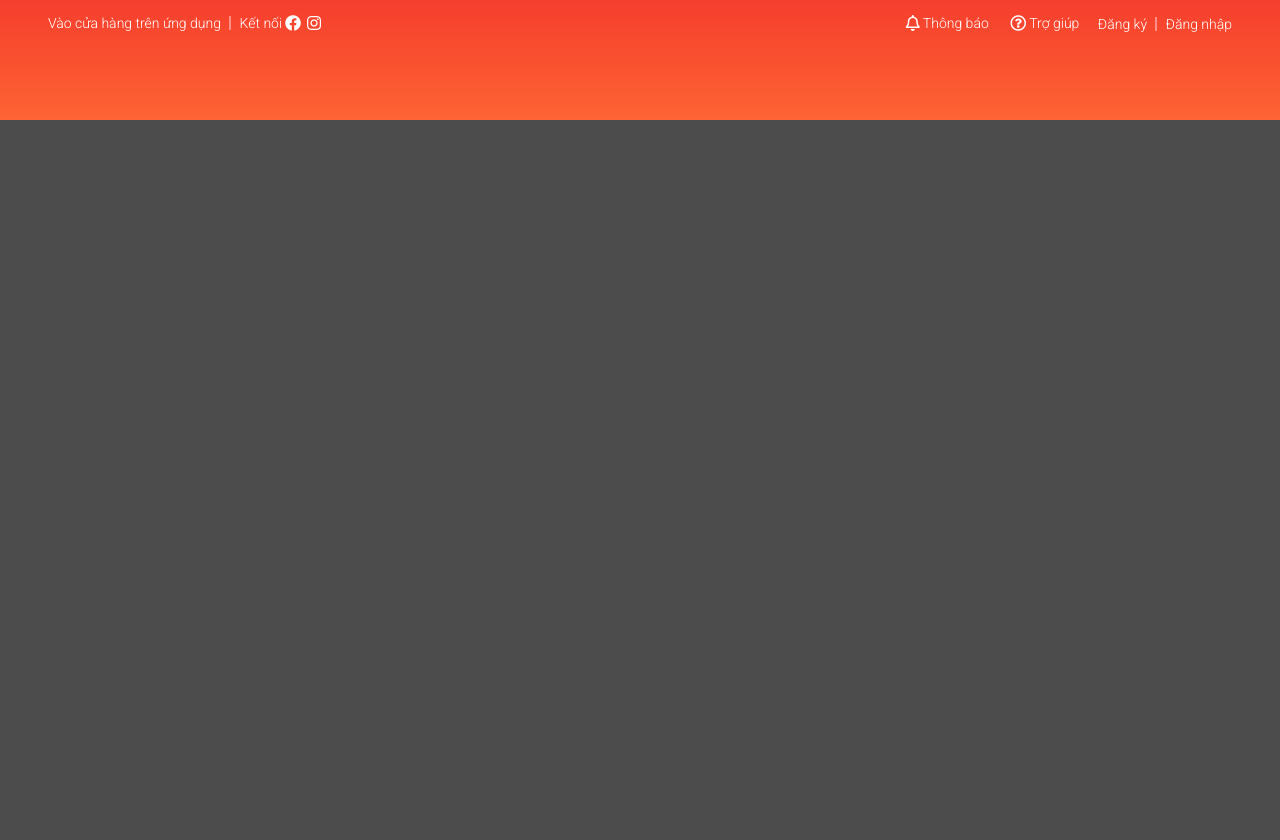
Repository: kebinh1235/Shopee-Demo
Page: index.html
An editor plug-in stored every save of this project. The page is shown before and after a run of saves, followed by the edit.
The browser window is 1280 px wide. The pictures show the whole page.

Above is the page before, as saved 2021-10-01 21:37:12.

### index.html
<!DOCTYPE html>
<html lang="en">
<head>
  <meta charset="UTF-8">
  <meta http-equiv="X-UA-Compatible" content="IE=edge">
  <meta name="viewport" content="width=device-width, initial-scale=1.0">
  <title>F8 Shop</title>
  <link rel="stylesheet" href="./asset/css/main.css">
  <link rel="stylesheet" href="./asset/css/base.css">
  <link rel="stylesheet" href="https://cdnjs.cloudflare.com/ajax/libs/font-awesome/5.15.4/css/all.min.css">
</head>
<body>
  <div class="app">
    <header class="header">
      <div class="grid">
        <nav class="header__navbar">
          <ul class="header__navbar-list">
            <li class="header__navbar-item header__item-separator">
              Vào cửa hàng trên ứng dụng
              <div class="header__navbar-QRCode">
                  <div class="header__navbar-QRCode-img">
                    <img src="https://upload.wikimedia.org/wikipedia/commons/thumb/d/d0/QR_code_for_mobile_English_Wikipedia.svg/1200px-QR_code_for_mobile_English_Wikipedia.svg.png" alt="">
                  </div>
                  <div class="header__navbar-QRCode-social">
                    <a class="header__navbar-QRCode-link" href="#">
                      <i class="fab fa-google header__navbar-QRCode-icon-google"></i>
                      <span class="header__navbar-QRCode-title-google">Google</span>
                    </a>
                    <a class="header__navbar-QRCode-link" href="#">
                      <i class="fab fa-facebook header__navbar-QRCode-icon-facebook"></i>
                      <span class="header__navbar-QRCode-title-facebook">Facebook</span>
                    </a>
                  </div>
              </div>
            </li>
            <li class="header__navbar-item">
              <span class="user__select-none">Kết nối</span>
              <a class="header__navbar-link-icon" href="#">
                <i class="fab fa-facebook header__navbar-icon"></i>
              </a>
              <a class="header__navbar-link-icon" href="#">
                <i class="fab fa-instagram header__navbar-icon"></i>
              </a>
            </li>
          </ul>
          <ul class="header__navbar-list">
            <li class="header__navbar-item">
              <a href="#" class="header__navbar-link">
                <i class="far fa-bell header__navbar-icon"></i>
                Thông báo
              </a>
              <div class="header__navbar-notification">
                  <div class="header__navbar-noti-heading">
                    <h3>Thông báo nhận hàng</h3>
                  </div>
                  <ul class="header__navbar-noti-list">
                    <li class="header__navbar-noti-list-item header__navbar-noti-list-viewd">
                        <a class="header__navbar-noti-list-link" href="#">
                          <img src="https://www.oberlo.com/media/1603958036-new-products.jpg" alt="">
                          <div class="header_navbar-noti-content">
                            <span class="header_navbar-noti-name">Xác thực chính hãng nguồn gốc các sản phẩm Ohui</span>
                            <span class="header_navbar-noti-description">Xác thực chính hãng nguồn gốc các sản phẩm Ohui</span>
                          </div>
                        </a>
                     </li>
                     <li class="header__navbar-noti-list-item header__navbar-noti-list-viewd">
                      <a class="header__navbar-noti-list-link" href="#">
                        <img src="https://www.oberlo.com/media/1603958036-new-products.jpg" alt="">
                        <div class="header_navbar-noti-content">
                          <span class="header_navbar-noti-name">Xác thực chính hãng nguồn gốc các sản phẩm Ohui</span>
                          <span class="header_navbar-noti-description">Xác thực chính hãng nguồn gốc các sản phẩm Ohui</span>
                        </div>
                      </a>
                   </li>
                   <li class="header__navbar-noti-list-item">
                    <a class="header__navbar-noti-list-link" href="#">
                      <img src="https://www.oberlo.com/media/1603958036-new-products.jpg" alt="">
                      <div class="header_navbar-noti-content">
                        <span class="header_navbar-noti-name">Xác thực chính hãng nguồn gốc các sản phẩm Ohui</span>
                        <span class="header_navbar-noti-description">Xác thực chính hãng nguồn gốc các sản phẩm Ohui</span>
                      </div>
                    </a>
                 </li>
                  </ul>
                  <div class="header__navbar-noti-footer">
                      <a class="header__navbar-noti-footer-link" href="#">Xem tất cả</a>
                  </div>
              </div>
            </li>
            <li class="header__navbar-item">
              <a href="#" class="header__navbar-link">
                <i class="far fa-question-circle header__navbar-icon"></i>
                Trợ giúp
              </a>
            </li>
            <li class="header__navbar-item">
              <a href="#" class="header__navbar-link header__item-bold header__item-separator">Đăng ký</a>
            </li>
            <li class="header__navbar-item">
              <a href="#" class="header__navbar-link header__item-bold">Đăng nhập</a>
            </li>
          </ul>
        </nav>
      </div>
    </header>

    <div class="container">

    </div>

    <div class="footer">

    </div>
    <!--Modal-->
    <div class="modal">
      <div class="modal__overlay"></div>
      <div class="modal__body">
        <div class="modal__inner">
          <div class="auth__form">
            <div class="auth__form-heading">

            </div>
            <div class="auth__form-form">
              <div class="auth__form-group">

              </div>
            </div>
            <div class="auth__form-note">

            </div>
            <div class="auth__form-controls">

            </div>
            <div class="auth__form-social">

            </div>
          </div>
        </div>
      </div>
    </div>
  </div>
</body>
</html>

### asset/css/main.css
.header {
  height: 120px;
  background: linear-gradient(0, #fe6433, #f53e2d)
}
.header__navbar {
  display: flex;
  justify-content: space-between;
  padding: 10px 0;
}
.header__navbar-QRCode{
  background: white;
  height: 200px;
  position: absolute;
  top: 30px;
  padding: 10px;
  display: none;
  animation: fadeIn ease-out .8s;
}
.header__navbar-item:hover .header__navbar-QRCode {
  display: block;
}
.header__navbar-item:hover .header__navbar-notification {
  display: block;
}
.header__navbar-QRCode-img{
  width: 160px;
}
.header__navbar-QRCode-img img {
  width: 100%;
}
.header__navbar-QRCode-social {
  display: flex;
  align-items: center;
  justify-content: space-between;
}
.header__navbar-QRCode-social:before {
  content: '';
  position: absolute;
  top: -8px;
  left: 0;
  width: 100%;
  height: 10px;
  background: transparent;
}
.header__navbar-QRCode-link {
  font-size: 1.4rem;
  color: var(--text-color);
}
.header__navbar-QRCode-title-google:hover {
  color: #ff1100;
  transition: var(--transition-primary);
}
.header__navbar-QRCode-title-facebook:hover {
  color: blue;
  transition: var(--transition-primary);
}
.header__navbar-QRCode-icon-google {
  color: #ff1100;
}
.header__navbar-QRCode-icon-facebook {
  color: blue;
}
.header__navbar-list {
  list-style: none;
}
.header__navbar-item {
  margin: 0 8px;
  position: relative;
  min-height: 26px;
}
.header__item-separator::after {
  content: '';
  position: absolute;
  right: -10px;
  top: 50%;
  transform: translateY(-50%);
  height: 12px;
  border: 1px solid #FB9086;
}
.header__navbar-item,
.header__navbar-link {
  display: inline-block;
  font-size: 1.4rem;
  color: var(--white-color);
  text-decoration: none;
  font-weight: 300;
}
.header__navbar-item:hover,
.header__navbar-link:hover,
.header__navbar-link-icon:hover {
  cursor: pointer;
  color: rgba(255, 255, 255, 0.7);
}
.header__navbar-item,
.header__navbar-link,
.header__navbar-link-icon {
  display: inline-flex;
  align-items: center;
}
.header__navbar-link-icon {
  color: var(--white-color);
}
.header__navbar-icon {
  font-size: 1.6rem;
  margin: 0 3px;
}
.header__item-bold {
  font-weight: 500;
}
.user__select-none {
  cursor: text;
  color: var(--white-color);
}
.header__navbar-notification{
  position: absolute;
  top: 35px;
  right: 0;
  width: 404px;
  background: var(--white-color);
  display: none;
  box-shadow: rgba(0, 0, 0, 0.16) 0px 1px 4px;
  animation: growthUp ease-in .3s;
  will-change: opacity, transform, scale;
  transform-origin: calc(100% - 20px) top;
}
.header__navbar-notification:before {
  content: "";
  position: absolute;
  top: -10px;
  right: 0;
  width: 100%;
  background: transparent;
  height: 15px;
}
.header__navbar-notification:after {
  content: "";
  position: absolute;
  top: -32px;
  right: 10px;
  border: 20px solid #000;
  border-color: transparent transparent var(--white-color) transparent;
}
.header__navbar-noti-heading{
  padding: 10px;
  box-shadow: rgba(0, 0, 0, 0.16) 0px 1px 4px;
  cursor: default;
}
.header__navbar-noti-heading h3 {
  font-size: 1.6rem;
  color: var(--text-color);
}
.header__navbar-noti-list{
  list-style: none;
  box-shadow: rgba(0, 0, 0, 0.16) 0px 1px 1px;
}
.header__navbar-noti-list-item{
  padding: 8px 10px;
}
.header__navbar-noti-list-viewd{
  background: #ffe3e3;
}
.header__navbar-noti-list-item:hover{
  background: #f3c8c8;
  transition: var(--transition-primary);
}
.header__navbar-noti-list-link{
  display: inline-flex;
  align-items: center;
}
.header__navbar-noti-list-link img{
  width: 60px;
  object-fit: contain;
}
.header_navbar-noti-content{
  padding-left: 10px;
}
.header_navbar-noti-name{
  font-size: 1.4rem;
  font-weight: bold;
  color: var(--text-color);
  margin-bottom: 5px;
  line-height: 2rem;
  text-align: justify;
  display: block;
}
.header_navbar-noti-description{
  font-size: 1.3rem;
  color: var(--text-color-rgb-black);
  display: block;
}
.header__navbar-noti-footer{
  padding: 10px;
  text-align: center;
  box-shadow: rgba(0, 0, 0, 10px) 0px 1px 1px;
}
.header__navbar-noti-footer-link{
  color: var(--text-color-rgb-black);
}

/*Start Modal*/
.modal{
  position: fixed 0 0 0 0;
}
.modal__overlay{
  position: absolute;
  width: 100%;
  height: 100%;
  background: rgba(0, 0, 0, 0.7);
}
.modal__body{

}
.modal__inner{

}
.auth__form{

}
.auth__form-heading{

}
.auth__form-form{

}
.auth__form-group{

}
.auth__form-note{

}
.auth__form-controls{

}
.auth__form-social{

}
/*End Modal*/

### asset/css/base.css
@import url('https://fonts.googleapis.com/css2?family=Roboto:wght@300&display=swap');
:root {
  --white-color: #fff;
  --black-color: #000;
  --text-color: #333;
  --text-color-rgb-black: rgba(0, 0, 0, 0.7);
  --transition-primary: all .2s linear;
}

* {
  margin: 0;
  padding: 0;
  box-sizing: inherit;
  text-decoration: none;
}

html {
  font-size: 62.5%;
  line-height: 1.6rem;
  border: none;
  outline: none;
  overflow: hidden;
  box-sizing: border-box;
  font-family: 'Roboto', sans-serif;
}

.grid {
  width: 1200px;
  max-width: 100%;
  margin: 0 auto;
}

.grid__full-width {
  width: 100%;
}

.grid__row {
  display: flex;
  flex-wrap: wrap;
}

/*Animation*/
@keyframes fadeIn {
  0% {
    opacity: 0;
  }
  100% {
    opacity: 1;
  }
}

@keyframes growthUp {
  0% {
    opacity: 0;
    transform: scale(0);
  }
  100% {
    opacity: 1;
    transform: scale(1);
  }
}

After the next 2 saves:
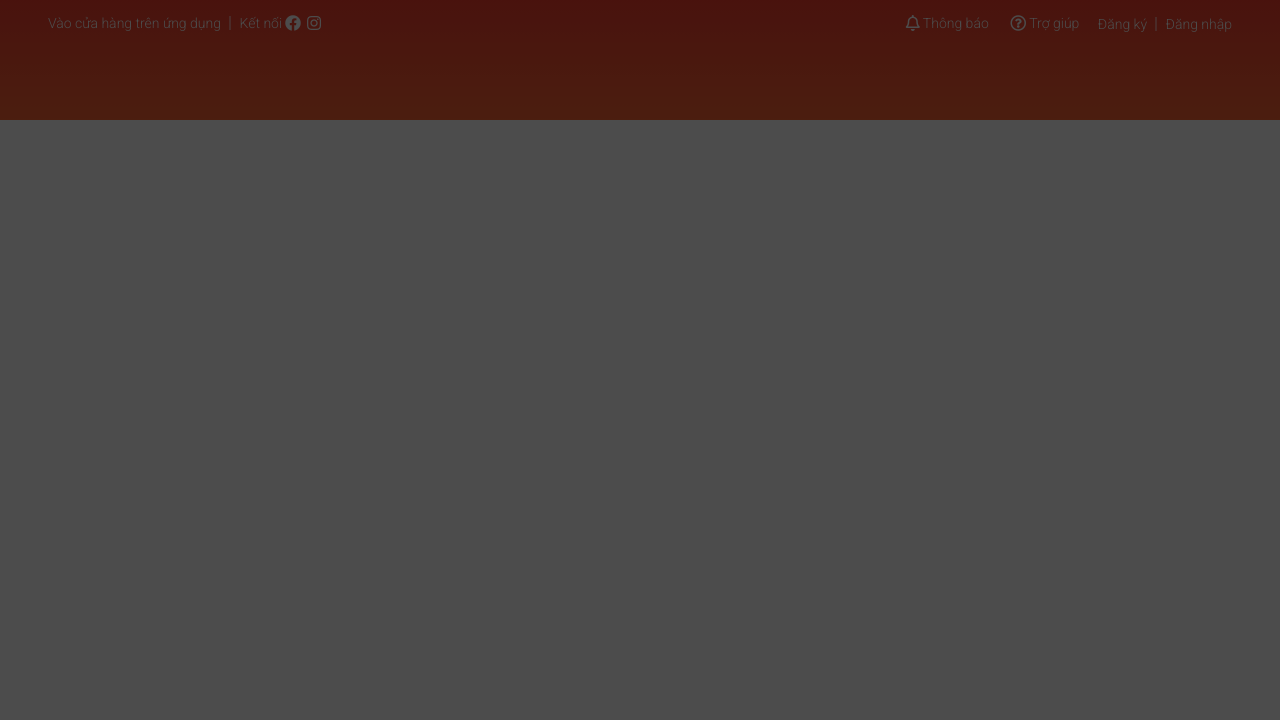
The 2 saves are shown as one change because they came seconds apart.
The last was saved 19 s later.
--- a/asset/css/main.css
+++ b/asset/css/main.css
@@ -199,7 +199,11 @@
 
 /*Start Modal*/
 .modal{
-  position: fixed 0 0 0 0;
+  position: fixed;
+  top: 0;
+  right: 0;
+  bottom: 0;
+  left: 0;
 }
 .modal__overlay{
   position: absolute;

After the save that followed:
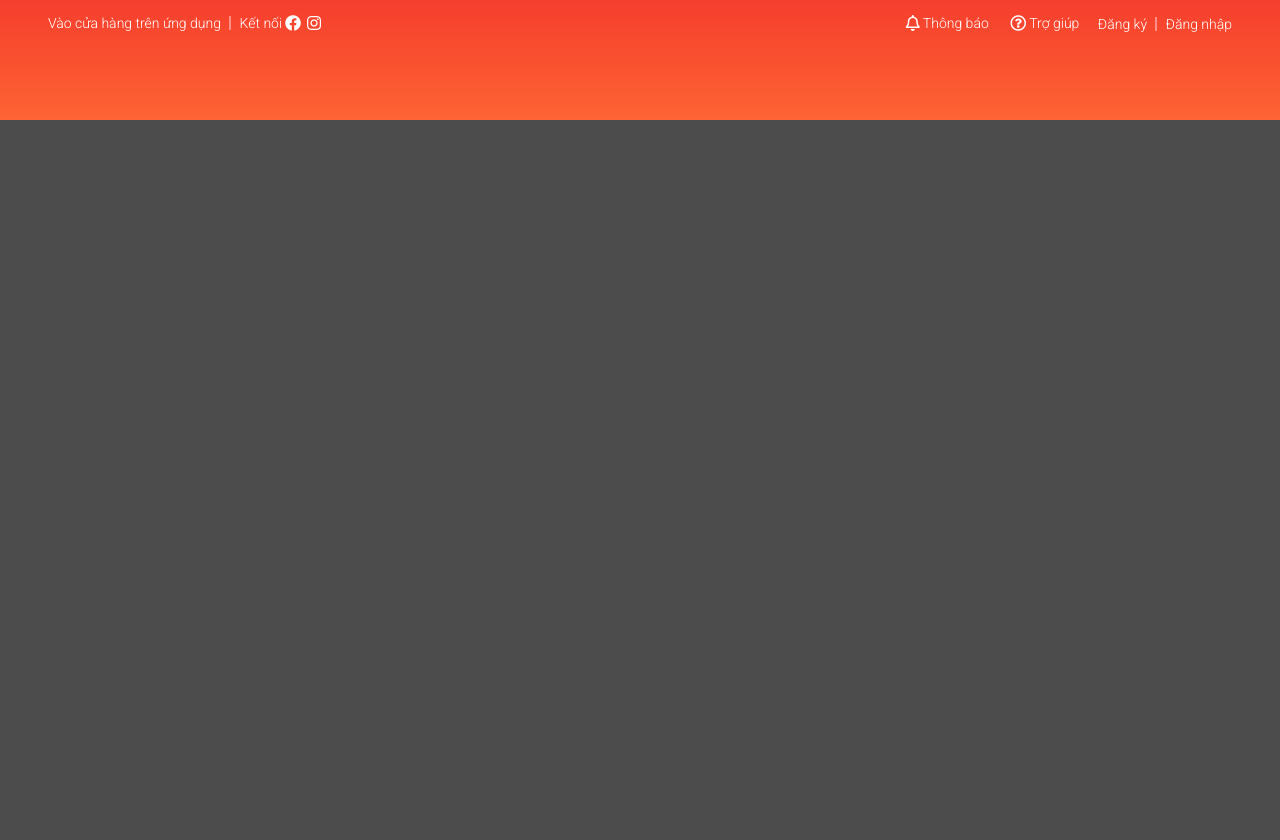
Saved 8 min 19 s later.
--- a/asset/css/main.css
+++ b/asset/css/main.css
@@ -199,11 +199,8 @@
 
 /*Start Modal*/
 .modal{
-  position: fixed;
-  top: 0;
-  right: 0;
-  bottom: 0;
-  left: 0;
+  position: fixed 0 0 0 0;
+
 }
 .modal__overlay{
   position: absolute;
